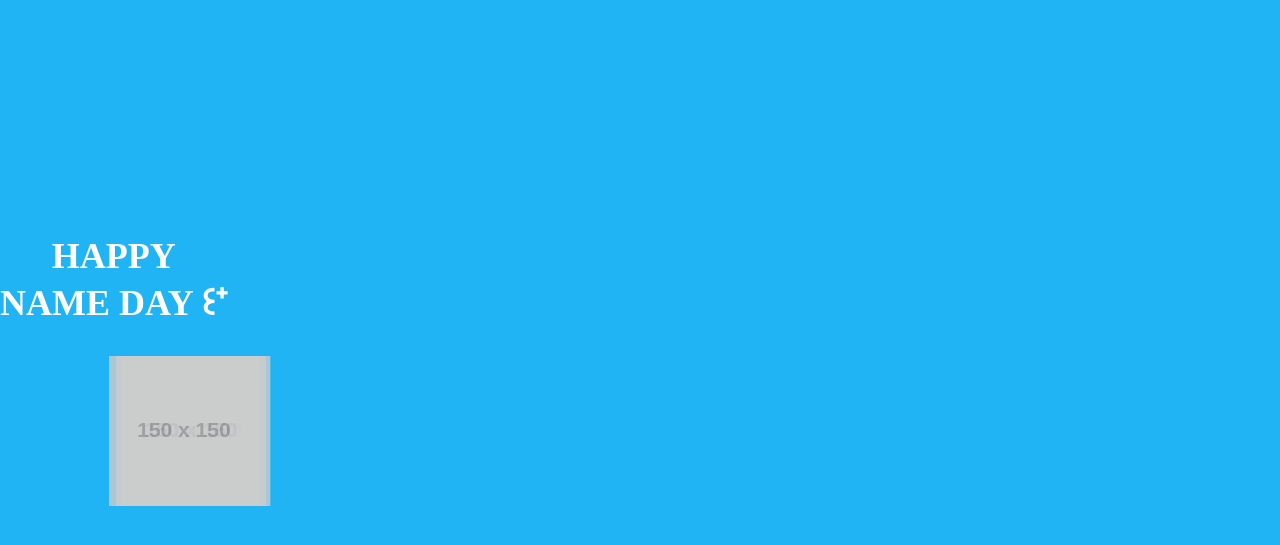
Repository: naps00/BIRTHDAY
Page: /details
An editor plug-in stored every save of this project. The page is shown before and after the next save, followed by the edit.
The browser window is 1280 px wide. The pictures show the whole page.
The project was rebuilt for these pictures with package versions that can differ from the ones it lists, and the page was loaded fresh each time.

Above is the page before, as saved 2024-12-12 04:19:06.

### src/App.js
import React, { useState } from 'react';
import { BrowserRouter as Router, Route, Routes, Link } from 'react-router-dom';
import './App.css';
import Details from './details.js'; // นำเข้า Details.js

function Home() {
  const [showModal, setShowModal] = useState(false);

  // เมื่อวีดีโอจบ ให้แสดง modal
  const handleVideoEnd = () => {
    setShowModal(true);
  };

  return (
    <div className="App">
      <div className="container">
        <div className="text-section" style={{ flex: 1, display: 'flex', flexDirection: 'column', justifyContent: 'center', alignItems: 'center', textAlign: 'center', height: '100vh', color: 'black', fontSize: 'calc(3vw + 0vh)', fontWeight: 'bold' }}>
          <h2>HAPPY BIRTHDAY !!</h2>
          <p>MY LOVE ♡ </p>
          <img src="https://img2.pic.in.th/pic/fc8c0bdfae313c2ffd700a21b05915d6-removebg-preview.png" alt="Happy Birthday Decoration" style={{width: '200px', height: '200PX' }} />
        </div>

        <div className="video-section">
          <video
            className="video-player"
            controls
            onEnded={handleVideoEnd}
          >
            <source src="https://v1.pinimg.com/videos/mc/720p/3d/2a/3c/3d2a3ca4078af4f14258938781ed5f8e.mp4" type="video/mp4" />
            Your browser does not support the video tag.
          </video>
        </div>
      </div>

      {/* Modal */}
      {showModal && (
        <div className="modal-backdrop">
          <div className="modal-content">
            <h2>Are you ready?</h2>
            {/* เปลี่ยนปุ่ม "ปิด" ให้เป็นลิงค์ไปยังหน้า /details */}
            <Link to="/details">
              <button className="pulse">GO !!</button>
            </Link>
          </div>
        </div>
      )}

      {/* เพิ่มอิโมจิที่วิ้งๆ */}
      <div className="emoji">🌟</div>
      <div className="emoji2">✨</div>
      <div className="emoji3">💕</div>

    </div>
  );
}

function App() {
  return (
    <Router>
      <Routes>
        <Route path="/" element={<Home />} />
        <Route path="/details" element={<Details />} /> {/* เพิ่มเส้นทางสำหรับหน้า /details */}
      </Routes>
    </Router>
  );
}

export default App;

### src/App.css
/* การจัด layout ของแอปพลิเคชัน */
.App {
  background-color: white;
  min-height: 100vh;
  display: flex;
  justify-content: center;
  align-items: center;
}

/* ส่วนที่ใช้จัด layout */
.container {
  display: flex;
  flex-direction: row; /* แบ่งพื้นที่ออกเป็น 2 ส่วน */
  width: 100%;
  height: 100vh;
}

/* ส่วนข้อความ */
.text-section {
  flex: 1;
  display: flex;
  flex-direction: column;
  justify-content: center;
  align-items: center;
  padding: 20px;
  background-color: #f9f9f9;
}

.text-section h1 {
  margin-bottom: 20px;
}

/* ส่วนวีดีโอ */
.video-section {
  flex: 1;
  display: flex;
  justify-content: center;
  align-items: center;
  background-color: #000;
}

.video-player {
  width: 100%; /* ให้วีดีโอเต็มความกว้าง */
  height: 100%; /* ให้วีดีโอเต็มความสูง */
  object-fit: cover; /* ปรับวีดีโอให้เต็มพื้นที่โดยไม่เสียสัดส่วน */

/* การแสดง modal */
}
.modal-backdrop {
  position: fixed;
  top: 0;
  left: 0;
  width: 100%;
  height: 100%;
  background: rgba(0, 0, 0, 0.7);
  display: flex;
  justify-content: center;
  align-items: center;
  z-index: 100; /* ทำให้ modal อยู่เหนือสิ่งอื่น */
  animation: fadeInPop 0.5s ease-out;
}

/* เพิ่ม z-index ให้ modal-content */
.modal-content {
  background: white;
  padding: 20px;
  border-radius: 10px;
  text-align: center;
  box-shadow: 0 2px 10px rgba(0, 0, 0, 0.3);
  animation: slideUp 0.3s ease-out;
  z-index: 101; /* ทำให้เนื้อหาของ modal อยู่เหนือ backdrop */
}

/* การแอนิเมชัน fade-in และ pop-up สำหรับ modal backdrop */
@keyframes fadeInPop {
  0% {
    opacity: 0;
    transform: scale(0.8);
  }
  100% {
    opacity: 1;
    transform: scale(1);
  }
}

body {
  font-family: 'Coiny', cursive;
  margin: 0;
  padding: 0;
  box-sizing: border-box;
  background-color: #fef9ef;
  color: #333;
}

h1, h2, p {
  font-family: 'Coiny', cursive; /* ฟอนต์ใหม่สำหรับข้อความ */
}

button {
  font-family: 'Coiny', cursive;
  font-size: 1.2rem;
  background-color: #ff6f61;
  color: #fff;
  padding: 10px 20px;
  border: none;
  border-radius: 8px;
  cursor: pointer;
  transition: background-color 0.3s ease, transform 0.3s ease;
}

button:hover {
  background-color: #ff3d3d;
  transform: scale(1.1);
}

/* การแอนิเมชัน slide-up สำหรับ modal content */
@keyframes slideUp {
  0% {
    transform: translateY(20px);
    opacity: 0;
  }
  100% {
    transform: translateY(0);
    opacity: 1;
  }
}

.modal-content h2 {
  margin-bottom: 20px;
}

.modal-content button {
  padding: 10px 20px;
  background-color: #007bff;
  color: white;
  border: none;
  border-radius: 5px;
  cursor: pointer;
  transition: transform 0.3s ease, background-color 0.3s ease;
}

/* เอฟเฟกต์เมื่อ hover ปุ่ม */
.modal-content button:hover {
  background-color: #0056b3;
  transform: scale(1.1); /* ขยายขนาดปุ่มเมื่อ hover */
}

/* เอฟเฟกต์การเต้นของปุ่ม */
@keyframes pulse {
  0% {
    transform: scale(1);
    opacity: 1;
  }
  50% {
    transform: scale(1.1);
    opacity: 0.8;
  }
  100% {
    transform: scale(1);
    opacity: 1;
  }
}

.pulse {
  animation: pulse 1.5s infinite;
}

/* อิโมจิวิ้งๆ */
.emoji {
  position: fixed;
  top: 30%;
  right: 50%;
  font-size: 30px;
  animation: smoothBounce 1.4s infinite;
  z-index: 50; /* ทำให้ไอคอนอิโมจิอยู่ใต้ modal */
}
.emoji2 {
  position: fixed;
  top: 18%;
  right: 97%;
  font-size: 30px;
  animation: smoothBounce 1.5s infinite;
  z-index: 50; /* ทำให้ไอคอนอิโมจิอยู่ใต้ modal */
}
.emoji3 {
  position: fixed;
  top: 63%;
  right: 65%;
  font-size: 50px;
  animation: smoothBounce 3s infinite;
  z-index: 50; /* ทำให้ไอคอนอิโมจิอยู่ใต้ modal */
}
/* การกระพิบ */
/* @keyframes fadeInOut {
  0%, 100% {
    opacity: 0;
  }
  50% {
    opacity: 1;
  }
}

.fade {
  animation: fadeInOut 1s infinite;
} */

/* การแอนิเมชันวิ้ง */
@keyframes smoothBounce {
  0%, 100% {
    transform: translateY(0);
    opacity: 1;
  }
  25% {
    transform: translateY(-1px);
    opacity: 1;
  }
  50% {
    transform: translateY(-1px);
    opacity: 1;
  }
  75% {
    transform: translateY(5px);
    opacity: 1;
  }
}


/* การแอนิเมชัน zoom-in */
@keyframes zoomIn {
  0% {
    transform: scale(0.8);
    opacity: 0;
  }
  100% {
    transform: scale(1);
    opacity: 1;
  }
}

.zoom-in {
  animation: zoomIn 0.4s ease-out;
}

/* เอฟเฟกต์ fade-in สำหรับเนื้อหาที่โหลด */
.fade-in {
  opacity: 0;
  animation: fadeIn 1s forwards;
}

@keyframes fadeIn {
  from {
    opacity: 0;
  }
  to {
    opacity: 1;
  }
}

### src/details.js
import React, { useState, useEffect } from 'react';
import './details.css';

function DetailsPage() {
  const [isBlue, setIsBlue] = useState(true);

  // ฟังก์ชันเพื่อสลับสีพื้นหลังทุก 2 วินาที
  useEffect(() => {
    const interval = setInterval(() => {
      setIsBlue((prev) => !prev);
    }, 2000); // สลับทุก 2 วินาที

    return () => clearInterval(interval); // เคลียร์ interval เมื่อคอมโพเนนต์ถูก unmount
  }, []);

  return (
    <div className={`details-page ${isBlue ? 'blue' : 'pink'}`}>
      <div className="content">
        <h1>
          HAPPY <br />
          NAME DAY ꒰⁺
        </h1>
      </div>

      <div className="card-stack">
        {/* ใส่ภาพที่ต้องการ */}
        <img src="https://via.placeholder.com/150" alt="card" className="card card1" />
        <img src="https://via.placeholder.com/150" alt="card" className="card card2" />
        <img src="https://via.placeholder.com/150" alt="card" className="card card3" />
      </div>
    </div>
  );
}

export default DetailsPage;

### src/details.css
.details-page {
  display: flex;
  justify-content: center;
  align-items: flex-start; /* จัดข้อความให้อยู่ที่ด้านบนสุด */
  height: 100vh;
  transition: background-color 2s ease-in-out;
  flex-direction: column; /* ให้ข้อความอยู่ด้านบน และภาพอยู่ด้านล่าง */
}

.details-page.blue {
  background-color: #00bfff; /* ฟ้าสด */
}

.details-page.pink {
  background-color: #ff69b4; /* ชมพูสด */
}

.content h1 {
  font-size: 36px;
  font-weight: bold;
  color: white;
  text-align: center;
  margin: 0;
  padding-top: 20px; /* ระยะห่างจากขอบบน */
}

.card-stack {
  position: relative;
  display: flex;
  justify-content: center;
  align-items: center;
  margin-top: 30px;
  width: 300px; /* ความกว้างของกองไพ่ */
  height: 150px; /* ความสูงของกองไพ่ */
}

.card {
  position: absolute;
  animation: shuffle 2s infinite alternate; /* ใช้ animation สำหรับการเคลื่อนไหว */
  width: 150px;
  height: 150px;
  z-index: 1;
  opacity: 0.8; /* ให้การวางซ้อนดูโปร่งๆ */
}

.card1 {
  animation-delay: 0s; /* การหน่วงเวลาในแต่ละรูป */
}

.card2 {
  animation-delay: 0.2s;
}

.card3 {
  animation-delay: 0.4s;
}

/* สร้างการเคลื่อนไหวที่ดูเหมือนสับไพ่ */
@keyframes shuffle {
  0% {
    transform: translateX(-50px); /* เคลื่อนที่ไปทางซ้าย */
    z-index: 2;
  }
  100% {
    transform: translateX(50px); /* เคลื่อนที่ไปทางขวา */
    z-index: 1;
  }
}

Loaded but not shown: public/index.html (common file); src/index.js (common file); src/index.css (common file); src/reportWebVitals.js (common file)

After the next save:
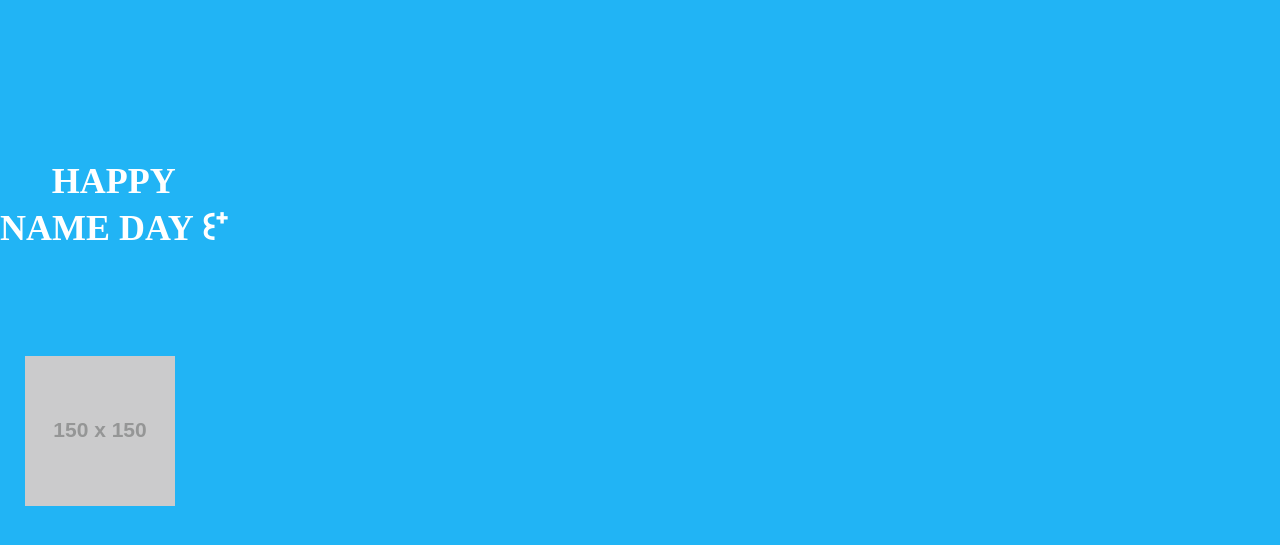
Saved 59 s later.
--- a/src/details.css
+++ b/src/details.css
@@ -5,6 +5,7 @@
   height: 100vh;
   transition: background-color 2s ease-in-out;
   flex-direction: column; /* ให้ข้อความอยู่ด้านบน และภาพอยู่ด้านล่าง */
+  position: relative;
 }
 
 .details-page.blue {
@@ -26,43 +27,44 @@
 
 .card-stack {
   position: relative;
+  width: 200px;
+  height: 300px;
   display: flex;
   justify-content: center;
   align-items: center;
   margin-top: 30px;
-  width: 300px; /* ความกว้างของกองไพ่ */
-  height: 150px; /* ความสูงของกองไพ่ */
 }
 
 .card {
   position: absolute;
-  animation: shuffle 2s infinite alternate; /* ใช้ animation สำหรับการเคลื่อนไหว */
   width: 150px;
   height: 150px;
-  z-index: 1;
-  opacity: 0.8; /* ให้การวางซ้อนดูโปร่งๆ */
+  object-fit: cover;
+  transition: transform 0.5s ease-in-out, z-index 0.5s;
+  opacity: 0.9; /* ความโปร่งแสงเล็กน้อย */
 }
 
 .card1 {
-  animation-delay: 0s; /* การหน่วงเวลาในแต่ละรูป */
+  z-index: 3;
 }
 
 .card2 {
-  animation-delay: 0.2s;
+  z-index: 2;
 }
 
 .card3 {
-  animation-delay: 0.4s;
+  z-index: 1;
 }
 
-/* สร้างการเคลื่อนไหวที่ดูเหมือนสับไพ่ */
-@keyframes shuffle {
-  0% {
-    transform: translateX(-50px); /* เคลื่อนที่ไปทางซ้าย */
-    z-index: 2;
-  }
-  100% {
-    transform: translateX(50px); /* เคลื่อนที่ไปทางขวา */
-    z-index: 1;
-  }
+/* เพิ่มแอนิเมชันเพื่อทำให้ภาพเหมือนการสับไพ่ */
+.card-stack:hover .card1 {
+  transform: translateX(-30px) rotate(-5deg); /* หมุนเล็กน้อย */
 }
+
+.card-stack:hover .card2 {
+  transform: translateX(30px) rotate(5deg); /* หมุนเล็กน้อย */
+}
+
+.card-stack:hover .card3 {
+  transform: translateX(0) rotate(0deg); /* การตั้งค่าพื้นฐาน */
+}
